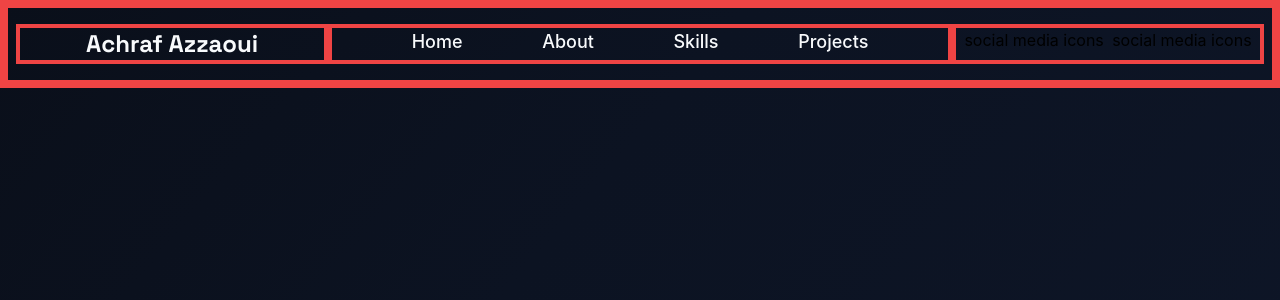
Repository: AchrafAzzaoui/Portfolio-Website
Page: / (app in achrafs-portfolio/)
An editor plug-in stored every save of this project. The page is shown before and after the next save, followed by the edit.
The browser window is 1280 px wide. The pictures show the whole page.
Some web fonts or font styles are not loaded; a fallback is used. The project was rebuilt for these pictures with package versions that can differ from the ones it lists, and the page was loaded fresh each time. Also part of the build but not shown: achrafs-portfolio/vite.config.ts.

Above is the page before, as saved 2025-01-02 21:36:12.

After the next save:
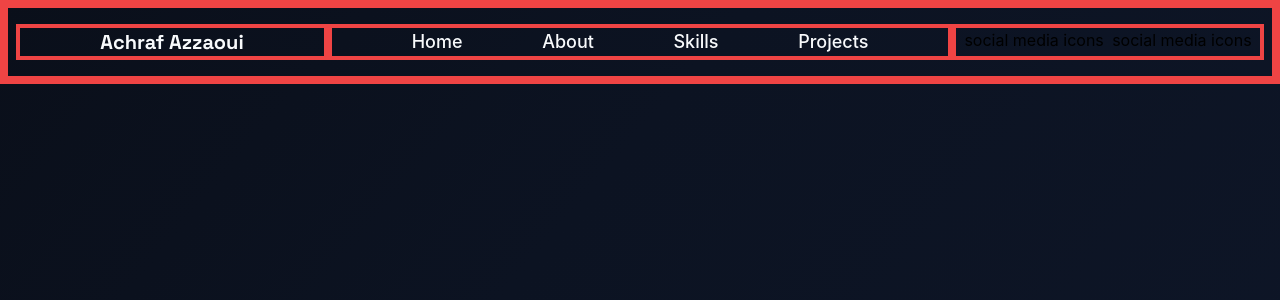
Saved 8 s later.
--- a/achrafs-portfolio/src/components/layout/Header.tsx
+++ b/achrafs-portfolio/src/components/layout/Header.tsx
@@ -7,7 +7,7 @@ export default function Header() {
     <header className="px-2 py-4 border-8 border-red-500">
       <nav className="flex ">
         <div className="basis-1/4 flex-auto flex justify-center align-middle font-display font-bold text-dark-text-primary border-4 border-red-500">
-          <h2 className="text-2xl">Achraf Azzaoui</h2>
+          <h2 className="text-xl">Achraf Azzaoui</h2>
         </div>
         <div className="basis-2/4 flex-auto flex justify-evenly align-middle border-4 border-red-500">
           <a
